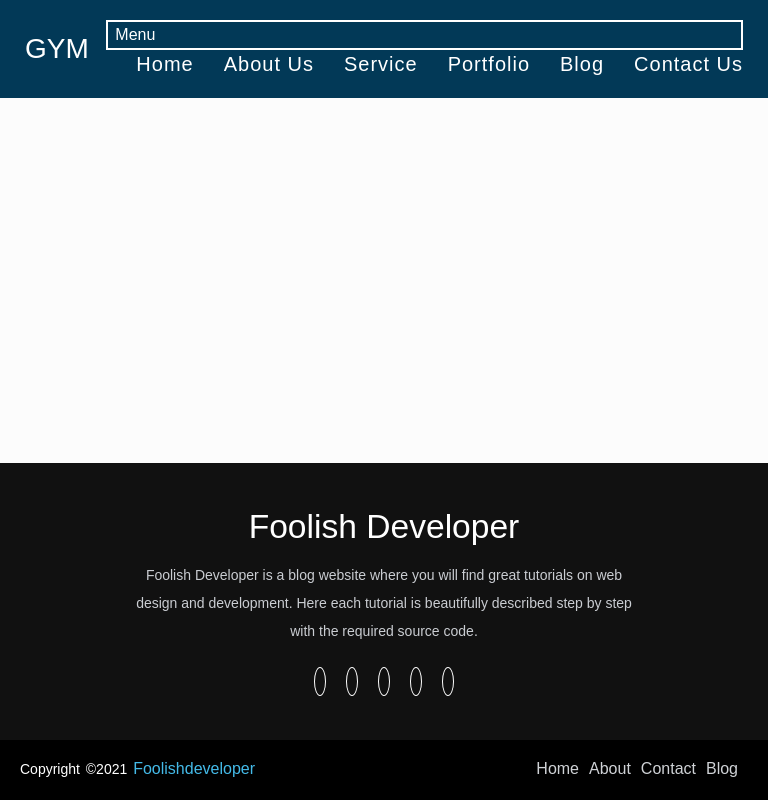
Repository: mcleanka/gym-management-system
Page: index.html
The author's editor kept a copy of each file at every save. The page is drawn from the files as they stood at one save, then again after the next save.
The browser window is 768 px wide. The pictures show the whole page.

Above is the page before, as saved 2022-07-01 17:00:28.

### index.html
<!DOCTYPE html>
<html lang="en">

<head>
	<meta charset="UTF-8">
	<meta http-equiv="X-UA-Compatible" content="IE=edge">
	<meta name="viewport" content="width=device-width, initial-scale=1.0">
	<title>Home | Gym Management System</title>

	<link rel="stylesheet" href="css/style.css">
	<script src="js/app.js"></script>
</head>

<body>
	<div class="container">
		<div class="wrapper">

			<header id="header">
				<div class="container">
					<div class="header_left">
						<a class="logo" href="#">GYM</a>
					</div>
					<div class="header_right">
						<a href="#!" class="nav_ico">Menu</a>
						<nav class="main_nav">
							<ul>
								<li><a href="#">Home</a></li>
								<li><a href="#">About Us</a></li>
								<li><a href="#">Service</a></li>
								<li><a href="#">Portfolio</a></li>
								<li><a href="#">Blog</a></li>
								<li><a href="#">Contact Us</a></li>
							</ul>
						</nav>
					</div>
				</div>
			</header>


			<footer>
				<div class="footer-content">
					<h3>Foolish Developer</h3>
					<p>Foolish Developer is a blog website where you will find great tutorials on web design and
						development. Here
						each tutorial is beautifully described step by step with the required source code.</p>
					<ul class="socials">
						<li><a href="#"><i class="fa fa-facebook"></i></a></li>
						<li><a href="#"><i class="fa fa-twitter"></i></a></li>
						<li><a href="#"><i class="fa fa-google-plus"></i></a></li>
						<li><a href="#"><i class="fa fa-youtube"></i></a></li>
						<li><a href="#"><i class="fa fa-linkedin-square"></i></a></li>
					</ul>
				</div>
				<div class="footer-bottom">
					<p>copyright &copy;2021 <a href="#">foolishdeveloper</a> </p>
					<div class="footer-menu">
						<ul class="f-menu">
							<li><a href="">Home</a></li>
							<li><a href="">About</a></li>
							<li><a href="">Contact</a></li>
							<li><a href="">Blog</a></li>
						</ul>
					</div>
				</div>

			</footer>
		</div>
	</div>
</body>

</html>

### css/style.css
     * {
     	margin: 0;
     	padding: 0;
     	box-sizing: border-box;
     }

     *,
     *:after,
     *:before {
     	box-sizing: border-box;
     }

     a {
     	text-decoration: none;
     }

     body {
     	background: #fcfcfc;
     	font-family: sans-serif;
     }

     #header {
     	padding: 20px 10px;
     	display: flex;
     	align-items: center;
     	justify-content: space-between;
     	background: #023957;
     	position: fixed;
     	left: 0;
     	top: 0;
     	width: 100%;
     }

     .container {
     	max-width: 1100px;
     	width: 100%;
     	margin: 0 auto;
     	padding: 0 15px;
     	display: flex;
     	align-items: center;
     	justify-content: space-between;
     }


     .logo {
     	font-size: 28px;
     	color: white;
     }

     .nav_ico {
     	display: block;
     	padding: 4px 7px;
     	color: white;
     	border: 2px solid white;
     	cursor: pointer;
     }

     .nav_ico:hover {
     	background: white;
     	color: black;
     }

     .main_nav {
     	float: right;
     }

     .main_nav ul {
     	margin: 0;
     	padding: 0px;
     	list-style: none;
     }

     .main_nav ul li {
     	float: left;
     	margin: 0 0 0 30px;
     	position: relative;
     	font-size: 20px;
     	letter-spacing: 1px;
     	font-weight: 300;
     	overflow: hidden;
     }

     .main_nav ul li a {
     	color: white;
     	display: block;
     	line-height: 1.4;
     	text-decoration: none;
     }

     .main_nav ul li a:before {
     	content: "";
     	position: absolute;
     	left: 100%;
     	top: 0;
     	height: 2px;
     	width: 100%;
     	background: #d4e706;
     	transition: all 0.3s ease-in-out;
     }

     .main_nav ul li a:after {
     	content: "";
     	position: absolute;
     	right: 100%;
     	bottom: 0;
     	height: 2px;
     	width: 100%;
     	background: #d4e706;
     	transition: all 0.3s ease-in-out;
     }

     .main_nav ul li:hover a:before {
     	left: 0;
     }

     .main_nav ul li:hover a:after {
     	right: 0;
     }

     footer {
     	position: absolute;
     	bottom: 0;
     	left: 0;
     	right: 0;
     	background: #111;
     	height: auto;
     	width: 100vw;

     	padding-top: 40px;
     	color: #fff;
     }

     .footer-content {
     	display: flex;
     	align-items: center;
     	justify-content: center;
     	flex-direction: column;
     	text-align: center;
     }

     .footer-content h3 {
     	font-size: 2.1rem;
     	font-weight: 500;
     	text-transform: capitalize;
     	line-height: 3rem;
     }

     .footer-content p {
     	max-width: 500px;
     	margin: 10px auto;
     	line-height: 28px;
     	font-size: 14px;
     	color: #cacdd2;
     }

     .socials {
     	list-style: none;
     	display: flex;
     	align-items: center;
     	justify-content: center;
     	margin: 1rem 0 3rem 0;
     }

     .socials li {
     	margin: 0 10px;
     }

     .socials a {
     	text-decoration: none;
     	color: #fff;
     	border: 1.1px solid white;
     	padding: 5px;

     	border-radius: 50%;

     }

     .socials a i {
     	font-size: 1.1rem;
     	width: 20px;


     	transition: color .4s ease;

     }

     .socials a:hover i {
     	color: aqua;
     }

     .footer-bottom {
     	background: #000;
     	width: 100vw;
     	padding: 20px;
     	padding-bottom: 40px;
     	text-align: center;
     }

     .footer-bottom p {
     	float: left;
     	font-size: 14px;
     	word-spacing: 2px;
     	text-transform: capitalize;
     }

     .footer-bottom p a {
     	color: #44bae8;
     	font-size: 16px;
     	text-decoration: none;
     }

     .footer-bottom span {
     	text-transform: uppercase;
     	opacity: .4;
     	font-weight: 200;
     }

     .footer-menu {
     	float: right;

     }

     .footer-menu ul {
     	display: flex;
     }

     .footer-menu ul li {
     	padding-right: 10px;
     	display: block;
     }

     .footer-menu ul li a {
     	color: #cfd2d6;
     	text-decoration: none;
     }

     .footer-menu ul li a:hover {
     	color: #27bcda;
     }

     @media (max-width:500px) {
     	.footer-menu ul {
     		display: flex;
     		margin-top: 10px;
     		margin-bottom: 20px;
     	}
     }

### js/app.js
/* Toggle between adding and removing the "responsive" class to topnav when the user clicks on the icon */
function myFunction() {
	var x = document.getElementById("myTopnav");
	if (x.className === "topnav") {
		x.className += " responsive";
	} else {
		x.className = "topnav";
	}
}

After the next save:
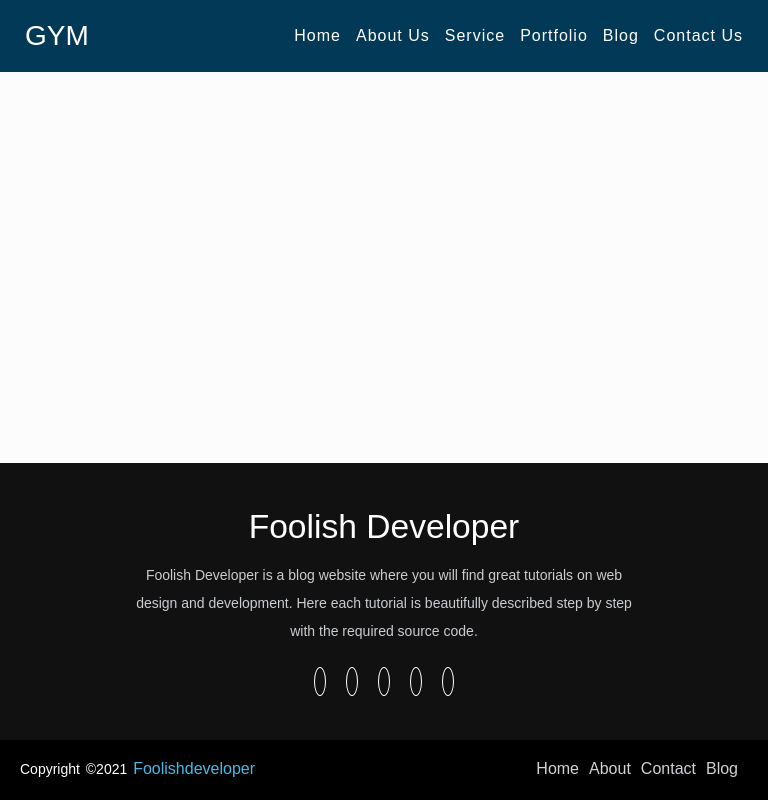
Saved 11 s later.
--- a/css/style.css
+++ b/css/style.css
@@ -117,6 +117,20 @@
      	right: 0;
      }
 
+     @media only screen and (min-width:768px) and (max-width:991px) {
+     	.main_nav ul li {
+     		margin: 0 0 0 15px;
+     		font-size: 16px;
+     	}
+
+     }
+
+     @media screen and (min-width: 768px) {
+     	.nav_ico {
+     		display: none;
+     	}
+     }
+
      footer {
      	position: absolute;
      	bottom: 0;
